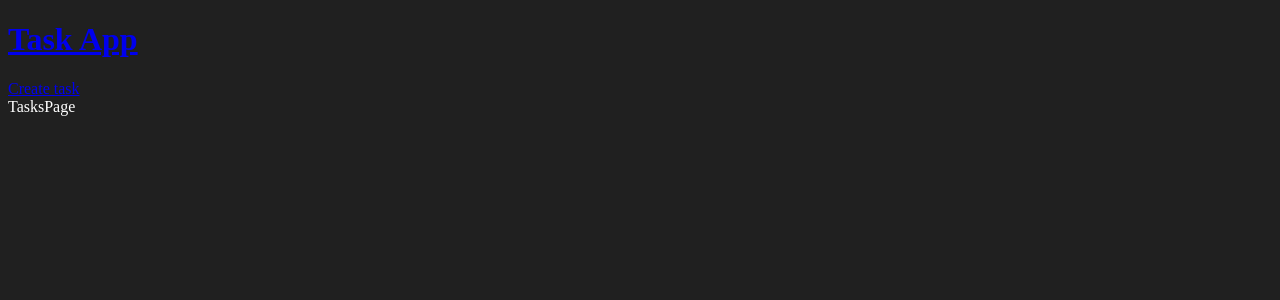
Repository: ChemsJam/django_react_api_crud
Page: / (app in Client/)
An editor plug-in stored every save of this project. The page is shown before and after the next save, followed by the edit.
The browser window is 1280 px wide. The pictures show the whole page.
The project was rebuilt for these pictures with package versions that can differ from the ones it lists, and the page was loaded fresh each time. Also part of the build but not shown: Client/vite.config.js, Client/src/pages/TaskFormPage.jsx.

Above is the page before, as saved 2024-07-03 19:40:28.

### Client/src/App.jsx
import { BrowserRouter, Navigate, Route, Routes } from 'react-router-dom'
import { TasksPage } from './pages/TasksPage'
import { TasksFormPage } from './pages/TaskFormPage'
import { Navigation } from './components/Navigation'

function App() {
  return (
    <BrowserRouter>
      <Navigation />
      <Routes>
        <Route path='/' element={<Navigate to="/tasks" />} />
        <Route path='/tasks' element={<TasksPage />} />
        <Route path='/tasks-create' element={<TasksFormPage />} />

      </Routes>

    </BrowserRouter>
  )
}

export default App

### Client/src/index.css
body {
  background: #202020;
  color: #FFFFFF;
}

### Client/src/pages/TasksPage.jsx
export function TasksPage() {
    return (
        <div>TasksPage</div>
    )
}

### Client/src/components/Navigation.jsx
import { Link } from "react-router-dom"

export function Navigation() {
  return (
    <div>
        <Link to="/tasks">
        <h1>
            Task App
        </h1>
        </Link>

        <Link to="/tasks-create">Create task</Link>
    </div>
  )
}

Loaded but not shown: Client/index.html (common file); Client/src/main.jsx (common file)

After the next save:
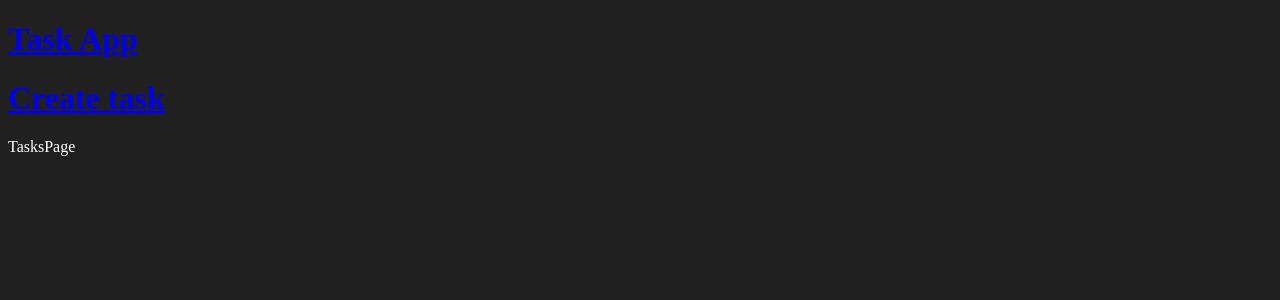
Saved 45 s later.
--- a/Client/src/components/Navigation.jsx
+++ b/Client/src/components/Navigation.jsx
@@ -9,7 +9,11 @@ export function Navigation() {
         </h1>
         </Link>
 
-        <Link to="/tasks-create">Create task</Link>
+        <Link to="/tasks-create">
+        <h1>
+            Create task
+        </h1>
+        </Link>
     </div>
   )
 }
